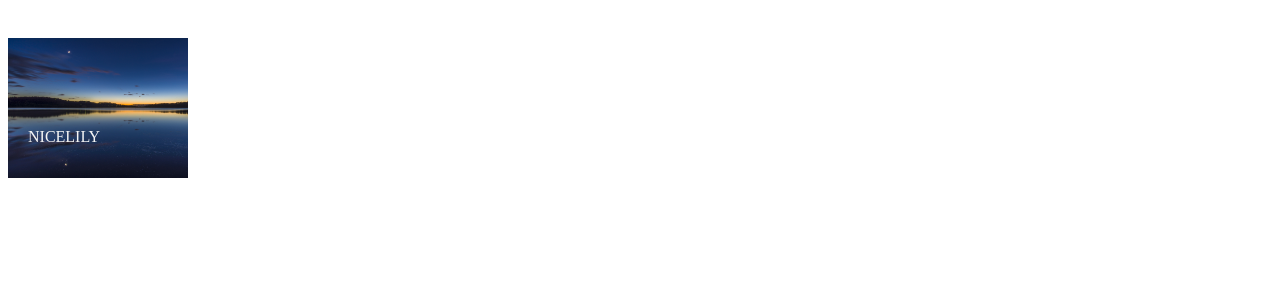
Repository: northpx/animation
Page: index.html
These files come from the project's save history. The page is drawn as it stood at one moment and after a run of saves; the edit follows.
The browser window is 1280 px wide. The pictures show the whole page.
The pointer rests on the first visible `.container`.

Above is the page before, as saved 2022-12-19 20:42:23.

### index.html
<!DOCTYPE html>
<html lang="en">
<head>
    <meta charset="UTF-8">
    <meta http-equiv="X-UA-Compatible" content="IE=edge">
    <meta name="viewport" content="width=device-width, initial-scale=1.0">
    <link rel="stylesheet" href="style.css">
    <title>Document</title>
</head>
<body>
        <!-- <div class="box1">box1</div>
        <div class="box2">
            <div class="box_child"></div>
        </div>
        <div class="box3">box3</div>
        <div class="box4">box4</div>

        <div class="box_circle">

        </div>
        <div class="box_skew"></div> -->

        <div class="container">
            <img src="nature_lake_sunset_landscape_ultrahd_4k_wallpaper_3840x2160.jpg" alt="" class="image">
            <div class="content">
                <p>NICELILY</p>
            </div>
        </div>
</body>
</html>

### style.css
/* .box1{
    width: 100px;
    height: 100px;
    background-color: aqua;
    transform: rotateX(45deg);
}

.box2{
    width: 100px;
    height: 100px;
    background-color: bisque;
    transform: rotateY(-45deg);
}

.box3{
    width: 100px;
    height: 100px;
    background-color: blueviolet;
    transform: rotate(180deg);
} */
/* .box1{
    width: 100px;
    height: 100px;
    background-color: yellowgreen;
    transform: translateX(100px);
}

.box2{
    width: 200px;
    height: 200px;
    background-color: yellowgreen;
    position: relative;
}
.box_child{
    position: absolute;
    width: 20px;
    height: 20px;
    background-color: black;
    top: 50%;
    left: 50%;
    transform: translate(-50%, -50%);
}

.box3{
    width: 100px;
    height: 100px;
    background-color: antiquewhite;
    transform: translateY(100px);
}
.box4{
    width: 100px;
    height: 100px;
    background-color:  beige;
    transform: translateX(-50px);
}

.box_circle{
    width: 100px;
    height: 100px;
    background-color: blueviolet;
    border-radius: 50%;
    scale: 1;
    transition: all 0.3s ease-in-out;
}

.box_circle:hover{
    scale: 1.5;
}

.box_skew{
    width: 100px;
    height: 100px;
    background-color: bisque;
    /* transform: skewX(45deg); */
    /* transform: skew(50deg, 0deg);
/* } */

/* .box{
    width: 100px;
    height: 100px;
    background-color: aquamarine;
    margin: 50px;
    perspective: 300px;
    position: relative;
}
.box_child{
    width: 20px;
    height: 20px;
    background-color: blueviolet;
    top: 50%;
    left: 50%;
    position: absolute;
}

.box_child:hover{
    transform: translateZ(100px);
} */
.container{
    width: 180px;
    height: 200px;
    overflow: hidden;
    position: relative;
}

 .image{
    width: 250px;
    height: 200px;
    object-fit: contain;
    transform: translateX(-20px);
    transition: all .5s linear;
    opacity: 0.5;
}

.container:hover .image{
    transform: translateX(0px);
    opacity: 1;
}

.content p{
    position: absolute;
    color: whitesmoke;
    top: 100px;
    left: 20px;
    transition: all .5s linear;
}

.container:hover .content{
    transform: translateY(-200px);
}

After the next 2 saves:
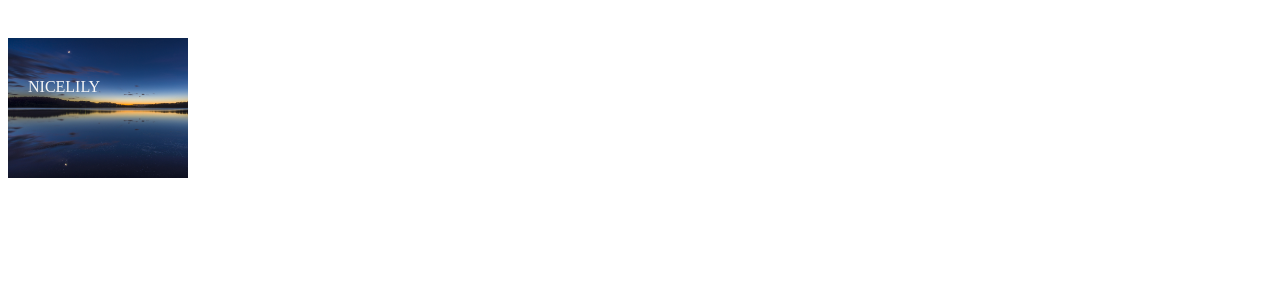
The 2 saves are shown as one change because they came seconds apart.
The last was saved 12 s later.
--- a/style.css
+++ b/style.css
@@ -125,5 +125,5 @@
 }
 
 .container:hover .content{
-    transform: translateY(-200px);
+    transform: translateY(-250px);
 }
